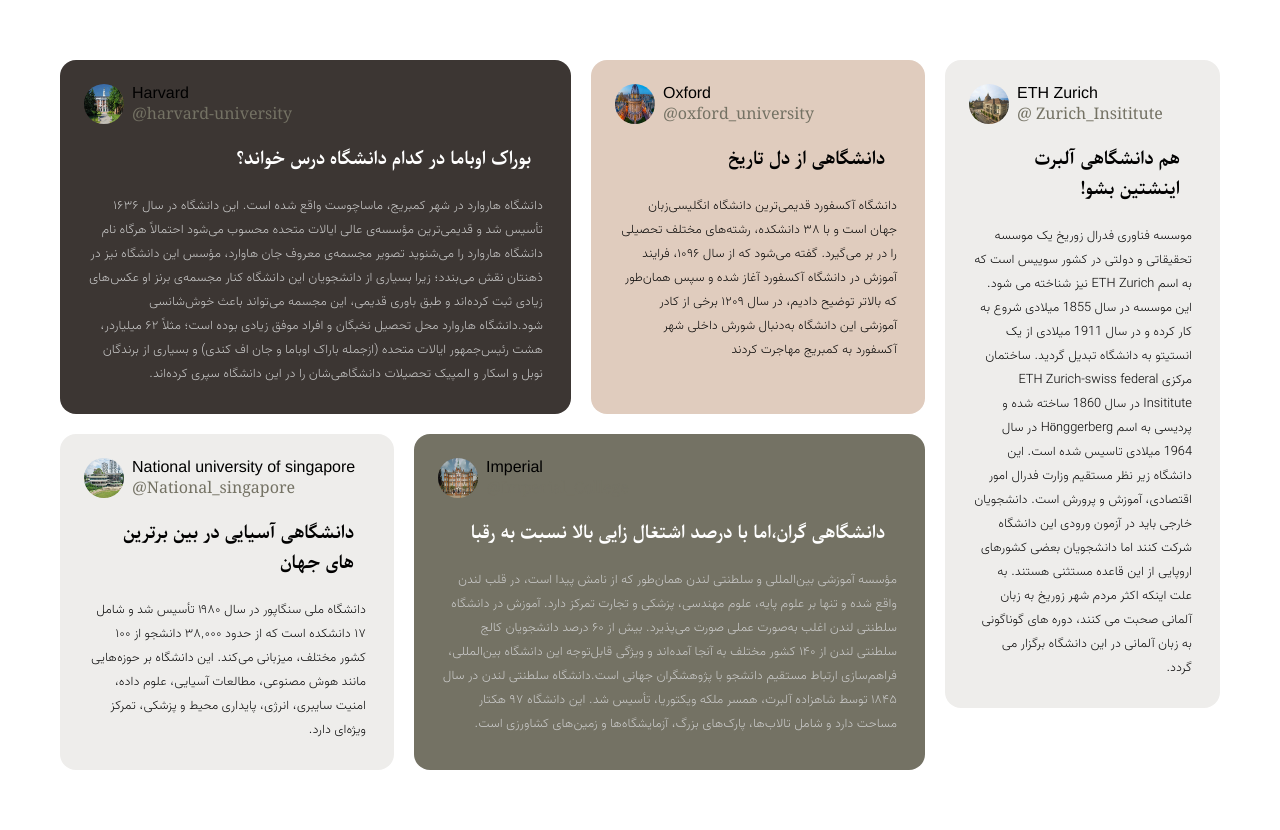
Repository: rahanwz/cards
Page: cards.html
These files come from the project's save history. The page is drawn as it stood at one moment and after the next save; the edit follows.
The browser window is 1280 px wide. The pictures show the whole page.

Above is the page before, as saved 2024-02-17 16:58:43.

After the next save:
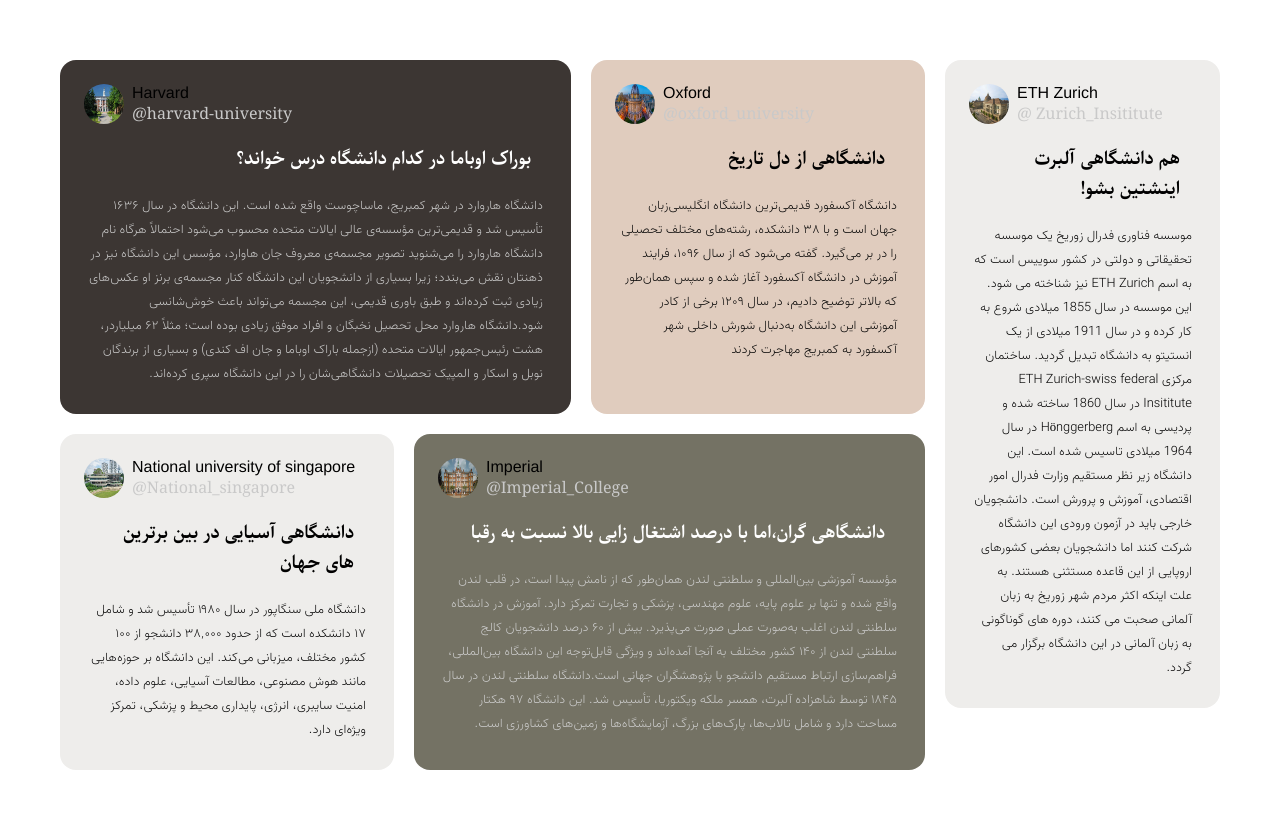
Saved 18 s later.
--- a/cards.css
+++ b/cards.css
@@ -112,7 +112,7 @@
 }
 .id{
    font-family:Cambria, Cochin, Georgia, Times, 'Times New Roman', serif;
-   color: #747264;
+   color: #c9c9c9;
 }
 
 }
